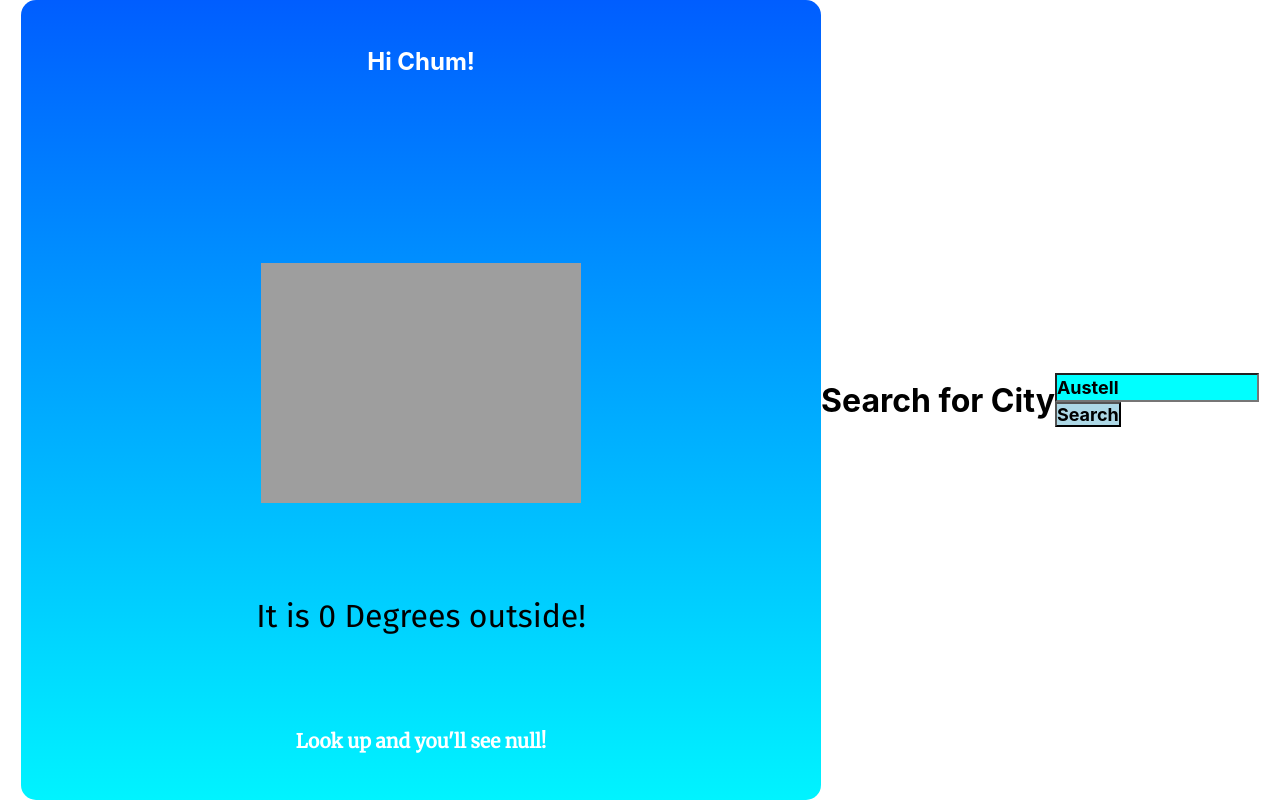
Repository: sayrilamar/chumsweatherapp
Page: /
The author's editor kept a copy of each file at every save. The page is drawn from the files as they stood at one save, then again after the next save.
The browser window is 1280 px wide. The pictures show the whole page.
Pictures or frames that could not be fetched are drawn as grey boxes. The page's requests for data from a server got no answer. The project was rebuilt for these pictures with package versions that can differ from the ones it lists, and the page was loaded fresh each time. No one was signed in, and anything a server would have sent is missing.

Above is the page before, as saved 2020-04-19 08:34:05.

After the next save:
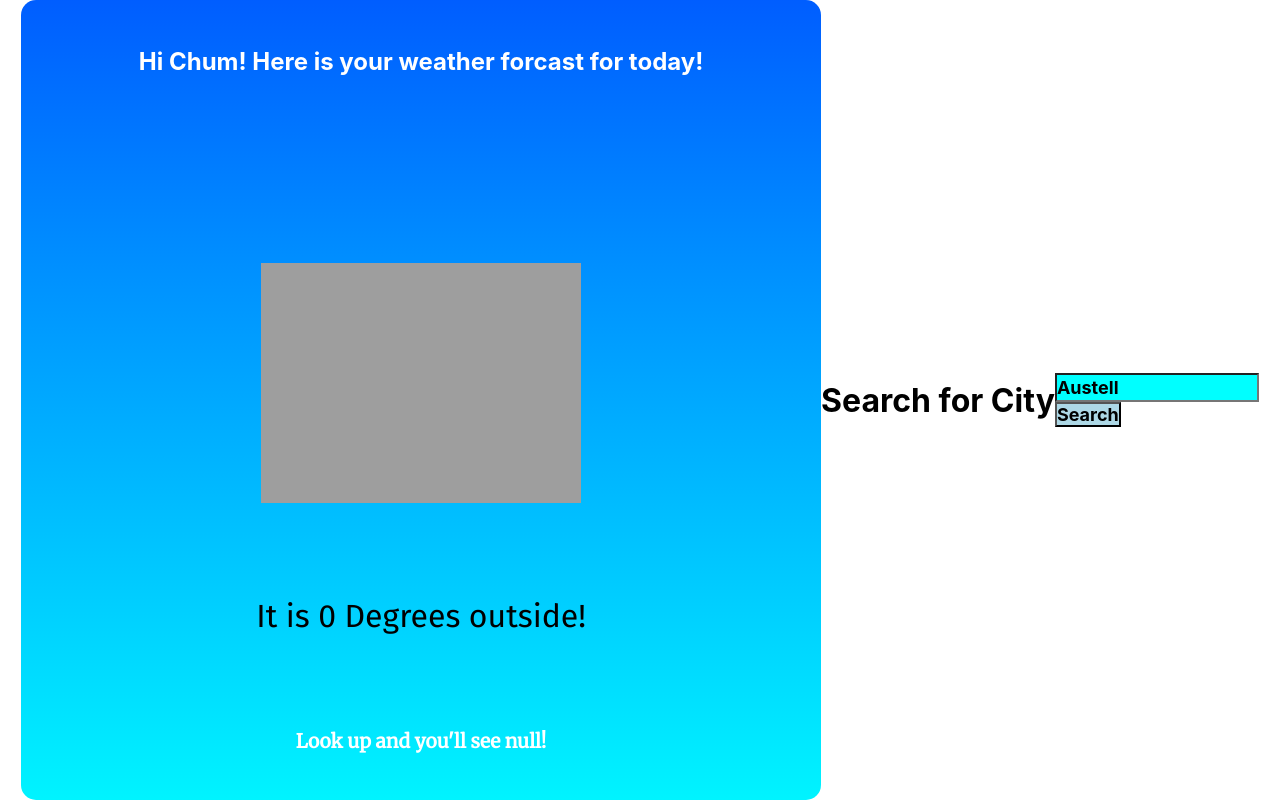
Saved 22 s later.
--- a/src/components/WeatherCard/component.js
+++ b/src/components/WeatherCard/component.js
@@ -41,7 +41,7 @@ const WeatherCard = ({temp, condition, city, state, description}) => {
 
     return (
         <Card>
-            <h2>Hi Chum!</h2>
+            <h2>Hi Chum! Here is your weather forcast for today!</h2>
             <Location city={city} state={state}/>
             <Icon condition={condition}/>
             <Condition temp={temp} condition={condition} description={description}/>
